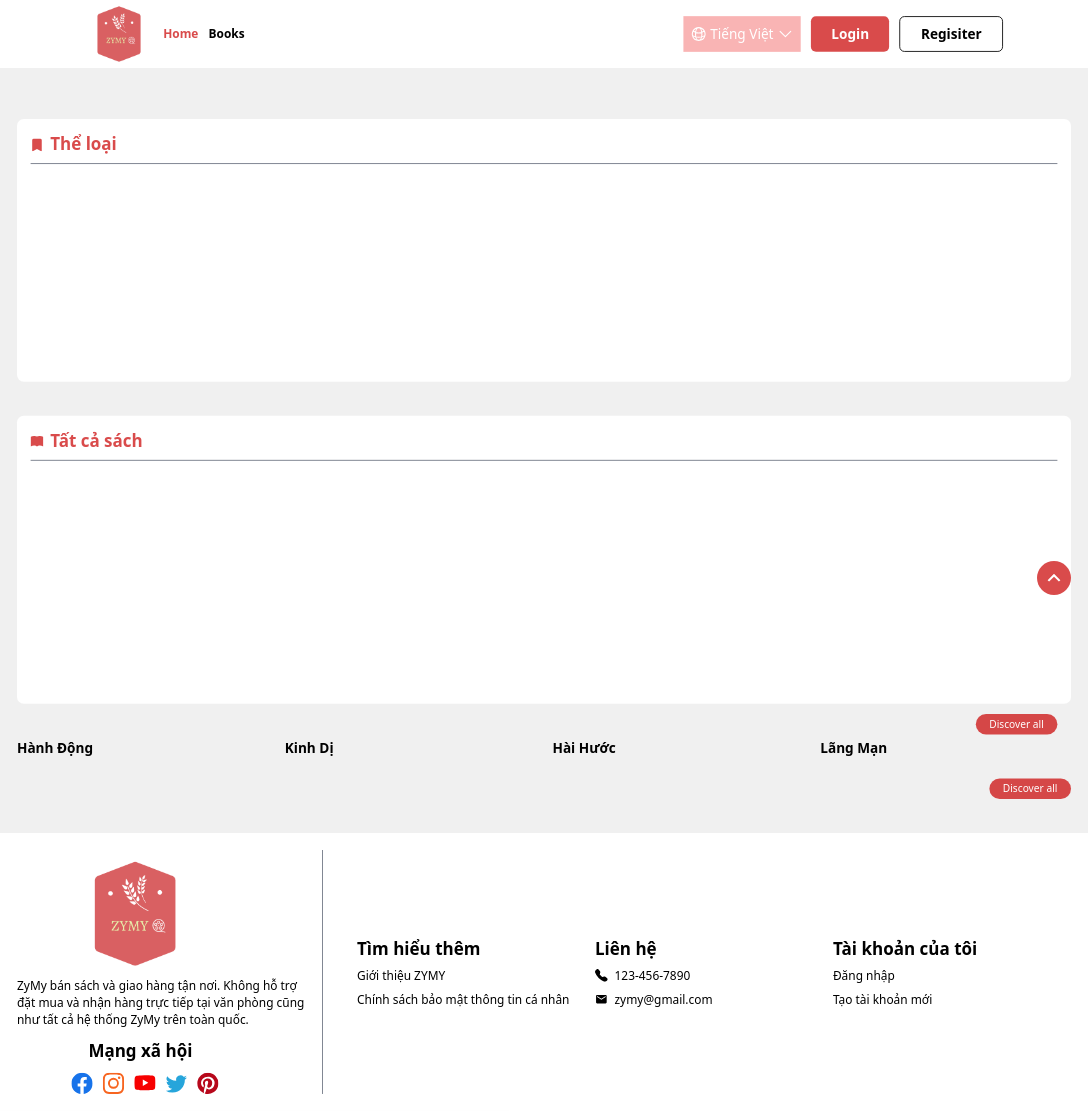
Repository: NguyenDinhThuyVy/website_selling_books
Page: / (app in FrontEnd/)
An editor plug-in stored every save of this project. The page is shown before and after the next save, followed by the edit.
The browser window is 1280 px wide. The pictures show the whole page, at 85% of full size.
The page's requests for data from a server got no answer. The project was rebuilt for these pictures with package versions that can differ from the ones it lists, and the page was loaded fresh each time. Some packages were replaced by stand-ins written for this rebuild. The framework's server and built-in components were replaced by stand-ins that run in the browser. No one was signed in, and anything a server would have sent is missing. Also part of the build but not shown: FrontEnd/next.config.js, FrontEnd/src/components/InforLogin/styles.scss, FrontEnd/src/components/InforLogin/index.jsx, FrontEnd/src/app/(default)/(public)/home/components/CategoryColumn/CategoryColumnContent/index.jsx, FrontEnd/src/styles/CategoryItem.scss, FrontEnd/src/app/(default)/(public)/home/components/CategoryItem/index.jsx, FrontEnd/src/app/(default)/(public)/home/components/BannerItem/index.jsx, FrontEnd/src/styles/BookItem.scss and 1 more.

Above is the page before, as saved 2023-12-29 15:16:05.

### FrontEnd/src/app/layout.jsx
'use client';

import classNames from 'classnames';
import { Inter, Montserrat } from 'next/font/google';
import Script from 'next/script';

import './globals.css';
import 'react-toastify/dist/ReactToastify.css';
import 'swiper/scss/scrollbar';
import 'swiper/scss/pagination';
import 'swiper/css/navigation';
import 'swiper/scss';
import '../../node_modules/nprogress/nprogress.css';
import 'sweetalert2/src/sweetalert2.scss';
import { ToastContainer } from 'react-toastify';
import { Provider } from 'react-redux';
import store from '@/redux/store';
import Backtop from '@/components/Backtop';

const inter = Inter({
  subsets: ['latin'],
  variable: '--font-inter',
});

const montserrat = Montserrat({
  subsets: ['latin'],
  variable: '--font-montserrat',
});

export default function RootLayout({ children }) {
  return (
    <html lang="en">
      <head>
        {/* <Script>
          {typeof window !== 'undefined' &&
            (function (w, d, s, l, i) {
              w[l] = w[l] || [];
              w[l].push({ 'gtm.start': new Date().getTime(), event: 'gtm.js' });
              var f = d.getElementsByTagName(s)[0],
                j = d.createElement(s),
                dl = l != 'dataLayer' ? '&l=' + l : '';
              j.async = true;
              j.src = 'https://www.googletagmanager.com/gtm.js?id=' + i + dl;
              f.parentNode.insertBefore(j, f);
            })(window, document, 'script', 'dataLayer', 'GTM-WV3P6XBH')}
        </Script> */}
        <Script
          async
          src="https://www.googletagmanager.com/gtag/js?id=G-Y35FP8XXTL"
        ></Script>
        <Script
          id="clarity_script"
          strategy="afterInteractive"
          dangerouslySetInnerHTML={{
            __html: `
              window.dataLayer = window.dataLayer || [];
              function gtag(){dataLayer.push(arguments);}
              gtag('js', new Date());
              gtag('config', 'G-Y35FP8XXTL');
            `,
          }}
        />
      </head>
      <body
        className={classNames(
          inter.variable,
          montserrat.variable,
          'flex flex-col min-h-screen'
        )}
      >
        <Provider store={store}>{children}</Provider>
        <ToastContainer autoClose={1000} />
        <Backtop />
      </body>
    </html>
  );
}

### FrontEnd/src/app/page.jsx
import React from 'react';

const HomePage = React.lazy(() => import('./(default)/(public)/home'));

export default HomePage;

### FrontEnd/src/app/globals.css
@tailwind base;
@tailwind components;
@tailwind utilities;

@layer base {
  body {
    background-color: #f0f0f0;
  }
  .wrapper-content {
    max-width: 1340px;
    margin: 0 auto;
    padding: 0 20px;
  }
  .book-list .swiper,
  .category-list .swiper,
  .list-comment .swiper {
    height: 100%;
  }
  .button-next,
  .button-prev {
    position: relative;
    z-index: 20;
  }
  .book-list .swiper .swiper-pagination {
    transform: translateY(12px);
    z-index: 20;
  }
}

### FrontEnd/src/redux/store.jsx
import { configureStore } from '@reduxjs/toolkit';
import rootReducer from './reducers/index';

const store = configureStore({
  reducer: rootReducer,
  // Các tùy chọn khác như middleware có thể được thêm ở đây
});

export default store;

### FrontEnd/src/components/Backtop/index.jsx
import Link from 'next/link';
import React from 'react';
import { MdOutlineKeyboardArrowUp } from 'react-icons/md';

const Backtop = () => {
  return (
    <span className="fixed bottom-5 right-5 rounded-full z-30 w-10 h-10 backtop bg-[#ce1515c4] flex items-center justify-center hover:bg-opacity-70 transition-all">
      <Link href="#" className="flex items-center justify-center w-full h-full">
        <MdOutlineKeyboardArrowUp size="30px" color="white" />
      </Link>
    </span>
  );
};

export default Backtop;

### FrontEnd/src/redux/reducers/index.jsx
import { combineReducers } from '@reduxjs/toolkit';
import menuReducer from './menuReducer';
import formAddReducer from './formAddReducer';
import globalReducer from './globalReducer';
import updateInforReducer from './updateInforReducer';

const rootReducer = combineReducers({
  menu: menuReducer,
  form: formAddReducer,
  darkMode: globalReducer,
  updateInfor: updateInforReducer,
  // Thêm các reducer khác ở đây
});

export default rootReducer;

### FrontEnd/src/components/Heading/index.jsx
const Heading = ({ children }) => {
  return (
    <div className="text-xl font-semibold text-[#ce1515c4]">{children}</div>
  );
};

export default Heading;

### FrontEnd/src/components/layout/Header/index.jsx
'use client';

import Link from 'next/link';
import routes from '@/constant/routes';
import Button from '@/components/Button';
import { usePathname } from 'next/navigation';
import { useEffect } from 'react';
import { useState } from 'react';
import Image from 'next/image';
import logo from '../../../assets/logo.png';
import InforLogin from '@/components/InforLogin';
import Popover from '@/components/Popover';

export default function Header() {
  const pathname = usePathname();
  const [auth, setAuth] = useState(null);
  useEffect(() => {
    const auth = sessionStorage.getItem('auth');
    if (auth) {
      setAuth(JSON.parse(auth));
    }
  }, []);
  return (
    <header className="flex items-center gap-x-3 px-[100px] bg-white">
      <div className="w-[80px] h-[80px]">
        <Link href={routes.HOME}>
          <Image src={logo} alt="" className="object-cover w-full h-full" />
        </Link>
      </div>
      <div className="flex items-center gap-x-3">
        <Link
          href={routes.HOME}
          className={
            pathname === routes.HOME
              ? 'text-[#ce1515c4] font-semibold text-sm'
              : 'text-sm font-semibold'
          }
        >
          Home
        </Link>
        <Link
          href={routes.ALLBOOK}
          className={
            pathname === routes.ALLBOOK
              ? 'text-[#ce1515c4] font-semibold text-sm'
              : 'text-sm font-semibold'
          }
        >
          Books
        </Link>
      </div>
      <div className="flex ml-auto gap-x-3">
        {auth ? (
          <>
            <Popover
              className="flex items-center py-1 hover:text-gray-300 cursor-pointer bg-red-300 z-40"
              renderPopover={
                <div className="bg-white relative shadow-md rounded-sm border border-gray-200 z-40">
                  <div className="flex flex-col py-2 pr-28 pl-3">
                    <button className="py-2 px-3 hover:text-orange">
                      Tiếng Việt
                    </button>
                    <button className="py-2 px-3 hover:text-orange mt-2">
                      English
                    </button>
                  </div>
                </div>
              }
            >
              {' '}
              <svg
                xmlns="http://www.w3.org/2000/svg"
                fill="none"
                viewBox="0 0 24 24"
                strokeWidth={1.5}
                stroke="currentColor"
                className="w-5 h-5"
              >
                <path
                  strokeLinecap="round"
                  strokeLinejoin="round"
                  d="M12 21a9.004 9.004 0 008.716-6.747M12 21a9.004 9.004 0 01-8.716-6.747M12 21c2.485 0 4.5-4.03 4.5-9S14.485 3 12 3m0 18c-2.485 0-4.5-4.03-4.5-9S9.515 3 12 3m0 0a8.997 8.997 0 017.843 4.582M12 3a8.997 8.997 0 00-7.843 4.582m15.686 0A11.953 11.953 0 0112 10.5c-2.998 0-5.74-1.1-7.843-2.918m15.686 0A8.959 8.959 0 0121 12c0 .778-.099 1.533-.284 2.253m0 0A17.919 17.919 0 0112 16.5c-3.162 0-6.133-.815-8.716-2.247m0 0A9.015 9.015 0 013 12c0-1.605.42-3.113 1.157-4.418"
                />
              </svg>
              <span className="mx-1">Tiếng Việt</span>
              <svg
                xmlns="http://www.w3.org/2000/svg"
                fill="none"
                viewBox="0 0 24 24"
                strokeWidth={1.5}
                stroke="currentColor"
                className="w-5 h-5"
              >
                <path
                  strokeLinecap="round"
                  strokeLinejoin="round"
                  d="M19.5 8.25l-7.5 7.5-7.5-7.5"
                />
              </svg>
            </Popover>
            <InforLogin />
          </>
        ) : (
          <>
            <Popover
              className="flex items-center py-1 hover:text-gray-300 cursor-pointer  z-40 bg-red-500/40 text-white font-medium px-2 "
              renderPopover={
                <div className="bg-red-300 relative shadow-md rounded-sm border border-gray-200 z-40">
                  <div className="flex flex-col py-2 pr-28 pl-3">
                    <button className="py-2 px-3 hover:text-orange">
                      Tiếng Việt
                    </button>
                    <button className="py-2 px-3 hover:text-orange mt-2">
                      English
                    </button>
                  </div>
                </div>
              }
            >
              {' '}
              <svg
                xmlns="http://www.w3.org/2000/svg"
                fill="none"
                viewBox="0 0 24 24"
                strokeWidth={1.5}
                stroke="currentColor"
                className="w-5 h-5"
              >
                <path
                  strokeLinecap="round"
                  strokeLinejoin="round"
                  d="M12 21a9.004 9.004 0 008.716-6.747M12 21a9.004 9.004 0 01-8.716-6.747M12 21c2.485 0 4.5-4.03 4.5-9S14.485 3 12 3m0 18c-2.485 0-4.5-4.03-4.5-9S9.515 3 12 3m0 0a8.997 8.997 0 017.843 4.582M12 3a8.997 8.997 0 00-7.843 4.582m15.686 0A11.953 11.953 0 0112 10.5c-2.998 0-5.74-1.1-7.843-2.918m15.686 0A8.959 8.959 0 0121 12c0 .778-.099 1.533-.284 2.253m0 0A17.919 17.919 0 0112 16.5c-3.162 0-6.133-.815-8.716-2.247m0 0A9.015 9.015 0 013 12c0-1.605.42-3.113 1.157-4.418"
                />
              </svg>
              <span className="mx-1">Tiếng Việt</span>
              <svg
                xmlns="http://www.w3.org/2000/svg"
                fill="none"
                viewBox="0 0 24 24"
                strokeWidth={1.5}
                stroke="currentColor"
                className="w-5 h-5"
              >
                <path
                  strokeLinecap="round"
                  strokeLinejoin="round"
                  d="M19.5 8.25l-7.5 7.5-7.5-7.5"
                />
              </svg>
            </Popover>

            <Button kind="primary" to={routes.LOGIN}>
              Login
            </Button>
            <Button kind="secondary" to={routes.REGISTER} isBorder={true}>
              Regisiter
            </Button>
          </>
        )}
      </div>
    </header>
  );
}

### FrontEnd/src/app/(default)/(public)/home/components/CategoryColumn/CategoryColumnHorror/index.jsx
'use client';

import React, { useState } from 'react';
import CategoryColumnContent from '../CategoryColumnContent';
import { getBookByCategory } from '@/services/bookService';
import { useEffect } from 'react';

const CategoryColumnHorror = () => {
  const [listBookHorror, setListBookHorror] = useState([]);
  const fetchBookByHorror = async () => {
    const res = await getBookByCategory('Horror');
    if (res && res?.data?.errCode === 0) {
      setListBookHorror(res?.data?.book);
    }
  };
  useEffect(() => {
    fetchBookByHorror();
  }, []);
  return (
    <>
      <h1 className="mb-3 font-semibold">Kinh Dị</h1>
      <div className="flex w-full gap-x-3">
        <div className="flex flex-col w-full bg-white rounded-lg">
          {listBookHorror?.length > 0 &&
            listBookHorror
              ?.slice(0, 5)
              ?.map((book, index) => (
                <CategoryColumnContent key={index} data={book} />
              ))}
        </div>
      </div>
    </>
  );
};

export default CategoryColumnHorror;

### FrontEnd/src/app/(default)/(public)/home/components/Category/index.jsx
'use client';

import CategoryItem from '../CategoryItem';
import { Swiper, SwiperSlide } from 'swiper/react';
import { Navigation, Pagination } from 'swiper';
import { useState } from 'react';
import { getAllCategory } from '@/services/categories';
import { useEffect } from 'react';

const Category = () => {
  const [listCategory, setListCategory] = useState([]);
  const fetchListCategory = async () => {
    const res = await getAllCategory();
    if (res && res?.data?.errCode === 0) {
      setListCategory(res?.data?.categories);
    }
  };
  useEffect(() => {
    fetchListCategory();
  }, []);
  return (
    <div className="mt-5 category-list h-[220px]">
      <Swiper
        modules={[Navigation, Pagination]}
        spaceBetween={20}
        slidesPerView={6}
        navigation
        grabCursor={'true'}
        pagination={{ clickable: true }}
      >
        {listCategory?.length > 0 &&
          listCategory?.map((category, index) => (
            <SwiperSlide key={index}>
              <CategoryItem category={category} imageFolder="/Image/" />
            </SwiperSlide>
          ))}
      </Swiper>
    </div>
  );
};

export default Category;

### FrontEnd/src/app/(default)/(public)/home/components/Banner/index.jsx
'use client';

import { useState } from 'react';
import BannerItem from '../BannerItem';
import { Navigation, Pagination, Scrollbar, A11y } from 'swiper';
import { Swiper, SwiperSlide } from 'swiper/react';
import { getAllBookWithPagination } from '@/services/bookService';
import { useEffect } from 'react';

const Banner = () => {
  const [listBook, setListBook] = useState([]);
  const fectchBannerBook = async () => {
    const res = await getAllBookWithPagination(1, 4);
    if (res && res?.data) {
      setListBook(res?.data?.books);
    }
  };
  useEffect(() => {
    fectchBannerBook();
  }, []);
  return (
    <div className="mt-5 cursor-pointer">
      <Swiper
        modules={[Navigation, Pagination, Scrollbar, A11y]}
        slidesPerView={1}
        pagination={{ clickable: true }}
      >
        {listBook?.length > 0 &&
          listBook?.slice(0, 4)?.map((book, index) => (
            <SwiperSlide key={index}>
              <BannerItem book={book}></BannerItem>
            </SwiperSlide>
          ))}
      </Swiper>
    </div>
  );
};

export default Banner;

### FrontEnd/src/app/(default)/(public)/home/components/CategoryColumn/CategoryColumnAction/index.jsx
'use client';

import React, { useEffect, useState } from 'react';
import CategoryColumnContent from '../CategoryColumnContent';
import { getBookByCategory } from '@/services/bookService';

const CategoryColumnAction = () => {
  const [listBookAction, setListBookAction] = useState([]);
  const fetchBookByAction = async () => {
    const res = await getBookByCategory('Action');
    if (res && res?.data?.errCode === 0) {
      setListBookAction(res?.data?.book);
    }
  };
  useEffect(() => {
    fetchBookByAction();
  }, []);
  return (
    <>
      <h1 className="mb-3 font-semibold">Hành Động</h1>
      <div className="flex w-full gap-x-3">
        <div className="flex flex-col w-full bg-white rounded-lg">
          {listBookAction?.length > 0 &&
            listBookAction
              ?.slice(0, 5)
              ?.map((book, index) => (
                <CategoryColumnContent key={index} data={book} />
              ))}
        </div>
      </div>
    </>
  );
};

export default CategoryColumnAction;

### FrontEnd/src/app/(default)/(public)/home/components/CategoryColumn/CategoryColumnRomance/index.jsx
'use client';

import React, { useEffect, useState } from 'react';
import CategoryColumnContent from '../CategoryColumnContent';
import { getBookByCategory } from '@/services/bookService';

const CategoryColumnRomance = () => {
  const [listBookRomance, setListBookRomance] = useState([]);
  const fetchBookByRomance = async () => {
    const res = await getBookByCategory('Romance');
    if (res && res?.data?.errCode === 0) {
      setListBookRomance(res?.data?.book);
    }
  };
  useEffect(() => {
    fetchBookByRomance();
  }, []);
  return (
    <>
      <h1 className="mb-3 font-semibold">Lãng Mạn</h1>
      <div className="flex w-full gap-x-3">
        <div className="flex flex-col w-full bg-white rounded-lg">
          {listBookRomance?.length > 0 &&
            listBookRomance
              ?.slice(0, 5)
              ?.map((book, index) => (
                <CategoryColumnContent key={index} data={book} />
              ))}
        </div>
      </div>
    </>
  );
};

export default CategoryColumnRomance;

### FrontEnd/src/app/(default)/(public)/home/components/CategoryColumn/CategoryComedy/index.jsx
'use client';

import React, { useEffect, useState } from 'react';
import CategoryColumnContent from '../CategoryColumnContent';
import { getBookByCategory } from '@/services/bookService';

const CategoryComedy = () => {
  const [listBookComedy, setBookListComedy] = useState([]);
  const fetchBookByComedy = async () => {
    const res = await getBookByCategory('Comedy');
    if (res && res?.data?.errCode === 0) {
      setBookListComedy(res?.data?.book);
    }
  };
  useEffect(() => {
    fetchBookByComedy();
  }, []);
  return (
    <>
      <h1 className="mb-3 font-semibold">Hài Hước</h1>
      <div className="flex w-full gap-x-3">
        <div className="flex flex-col w-full bg-white rounded-lg">
          {listBookComedy?.length > 0 &&
            listBookComedy
              ?.slice(0, 5)
              ?.map((book, index) => (
                <CategoryColumnContent key={index} data={book} />
              ))}
        </div>
      </div>
    </>
  );
};

export default CategoryComedy;

### FrontEnd/src/app/(default)/(public)/home/style/styled.scss
:root {
  --white: #fff;
  --bcg-detail-color: #f8f8f8;
  --bcg-add: #ce1515c4;
}
*::-moz-selection {
  background-color: var(--bcg-detail-color);
  color: var(--white);
}

*::selection {
  background-color: var(--bcg-add);
  color: var(--white);
}
::-webkit-scrollbar {
  height: 1px;
  width: 10px;
  border-radius: 50%;
}

::-webkit-scrollbar-track {
  background-color: transparent;
}

::-webkit-scrollbar-thumb {
  background-color: #77777758;
  border-radius: 20px;
}

### FrontEnd/src/redux/reducers/menuReducer.jsx
// reducers/counterSlice.ts
import { createSlice } from '@reduxjs/toolkit';

const initialState = {
  collapsed: false,
};
const menuSlice = createSlice({
  name: 'counter',
  initialState,
  reducers: {
    toggleMenu: (state) => {
      state.collapsed = !state.collapsed;
    },
  },
});

export const { toggleMenu } = menuSlice.actions;
export default menuSlice.reducer;

### FrontEnd/src/redux/reducers/globalReducer.jsx
import { createSlice } from '@reduxjs/toolkit';

const initialState = {
  darkMode: false,
};
const globalReducer = createSlice({
  name: 'global',
  initialState,
  reducers: {
    toggleDarkMode: (state, actions) => {
      return {
        ...state,
        darkMode: actions.payload,
      };
    },
  },
});

export const { toggleDarkMode } = globalReducer.actions;
export default globalReducer.reducer;

### FrontEnd/src/redux/reducers/updateInforReducer.jsx
import { createSlice } from '@reduxjs/toolkit';

const initialState = {
  isUpdate: false,
};
const updateInforReducer = createSlice({
  name: 'update',
  initialState,
  reducers: {
    updateReducer: (state) => {
      return {
        ...state,
        isUpdate: !state.isUpdate,
      };
    },
  },
});

export const { updateReducer } = updateInforReducer.actions;
export default updateInforReducer.reducer;

### FrontEnd/src/components/Button/index.jsx
'use client';
import React from 'react';
import { useRouter } from 'next/navigation';

const Button = ({
  type = 'submit',
  kind,
  children,
  to,
  isBorder = false,
  ...props
}) => {
  const router = useRouter();
  let bgcClassName = '';
  let colorText = '';
  switch (kind) {
    case 'primary':
      bgcClassName = 'bg-[#ce1515c4]';
      colorText = 'text-white';
      break;
    case 'secondary':
      bgcClassName = 'bg-white';
      colorText = 'text-black';
      break;
    default:
      break;
  }
  if (to) {
    return (
      <button
        type={type}
        className={`px-6 py-2 w-max text-base font-semibold cursor-pointer rounded-md hover:opacity-80 transition-all ${bgcClassName} ${colorText} ${
          isBorder ? 'border border-black' : ''
        }`}
        onClick={() => router.push(to)}
      >
        {children}
      </button>
    );
  }
  return (
    <button
      type={type}
      className={`px-6 py-2 w-max text-base font-semibold cursor-pointer rounded-md hover:opacity-80 transition-all ${bgcClassName} ${colorText} ${
        isBorder ? 'border border-black' : ''
      }`}
      {...props}
    >
      {children}
    </button>
  );
};

export default Button;

### FrontEnd/src/styles/SwiperButton.scss
.swiper-button-next,
.swiper-button-prev {
  width: 25px !important;
  height: 25px !important;
  background-color: #bc3232c4 !important;
  border-radius: 50%;
  z-index: 100 !important;
}
.swiper-button-next::after,
.swiper-button-prev::after {
  color: white;
  font-size: 10px !important;
  font-weight: 800;
}
.swiper-button-next::after {
  transform: translate(1px, 1px);
}
.swiper-button-prev::after {
  transform: translateY(1px);
}

Loaded but not shown: FrontEnd/src/utils/axiosCustomize.js (47 lines, source omitted); FrontEnd/src/services/bookService.js (42 lines, source omitted); FrontEnd/tailwind.config.js (33 lines, source omitted); FrontEnd/src/constant/routes.js (30 lines, source omitted); FrontEnd/src/services/categories.js (7 lines, source omitted); FrontEnd/src/components/layout/Footer/index.jsx (97 lines, source omitted); FrontEnd/src/app/(default)/(public)/home/index.jsx (66 lines, source omitted); FrontEnd/src/components/Popover/index.jsx (73 lines, source omitted); FrontEnd/src/components/BookList/index.jsx (53 lines, source omitted); FrontEnd/src/redux/reducers/formAddReducer.jsx (68 lines, source omitted)

After the next save:
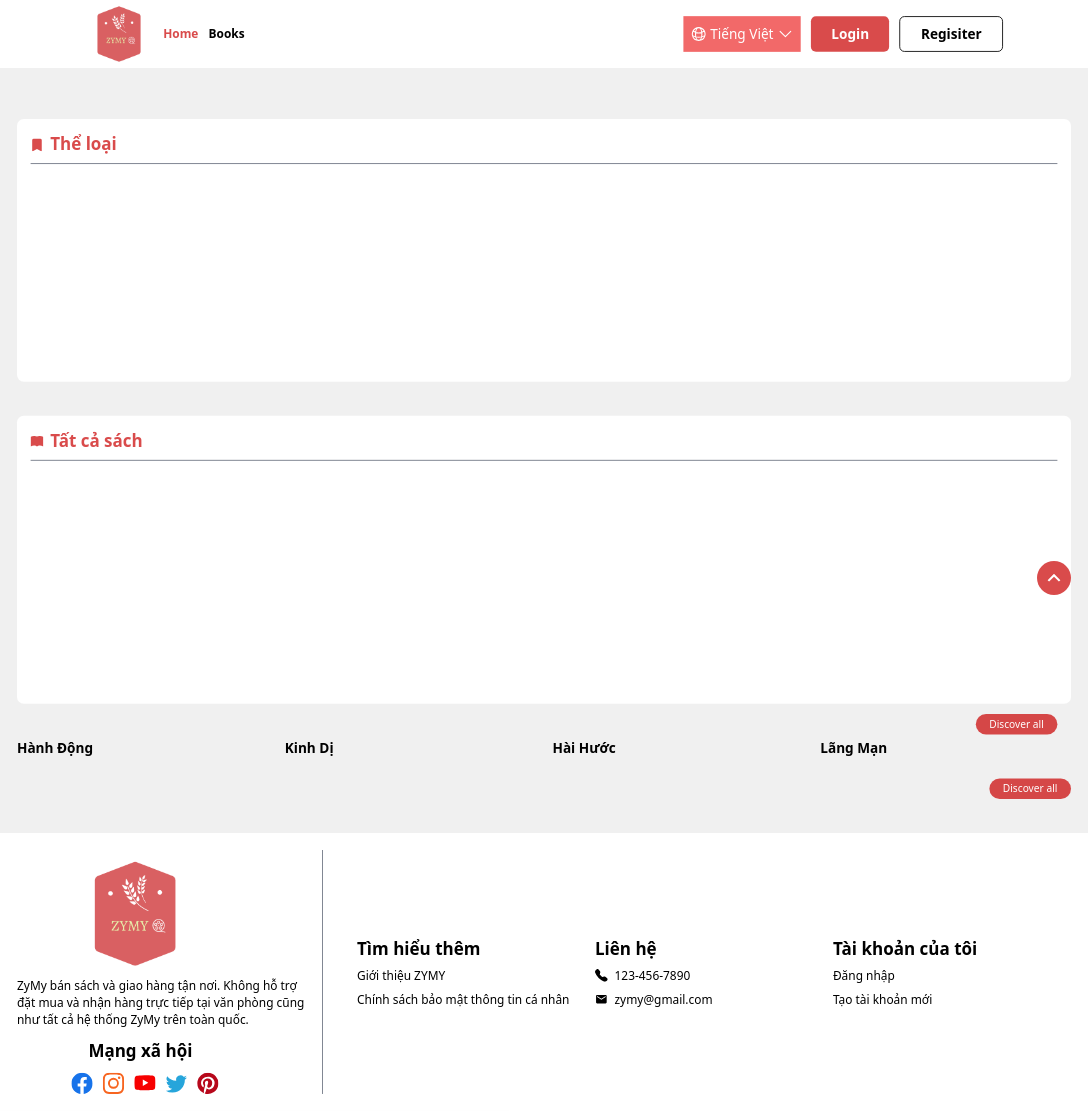
Saved 7 s later.
--- a/FrontEnd/src/components/layout/Header/index.jsx
+++ b/FrontEnd/src/components/layout/Header/index.jsx
@@ -103,7 +103,7 @@ export default function Header() {
         ) : (
           <>
             <Popover
-              className="flex items-center py-1 hover:text-gray-300 cursor-pointer  z-40 bg-red-500/40 text-white font-medium px-2 "
+              className="flex items-center py-1 hover:text-gray-300 cursor-pointer  z-40 bg-red-500/80 text-white font-medium px-2 "
               renderPopover={
                 <div className="bg-red-300 relative shadow-md rounded-sm border border-gray-200 z-40">
                   <div className="flex flex-col py-2 pr-28 pl-3">
